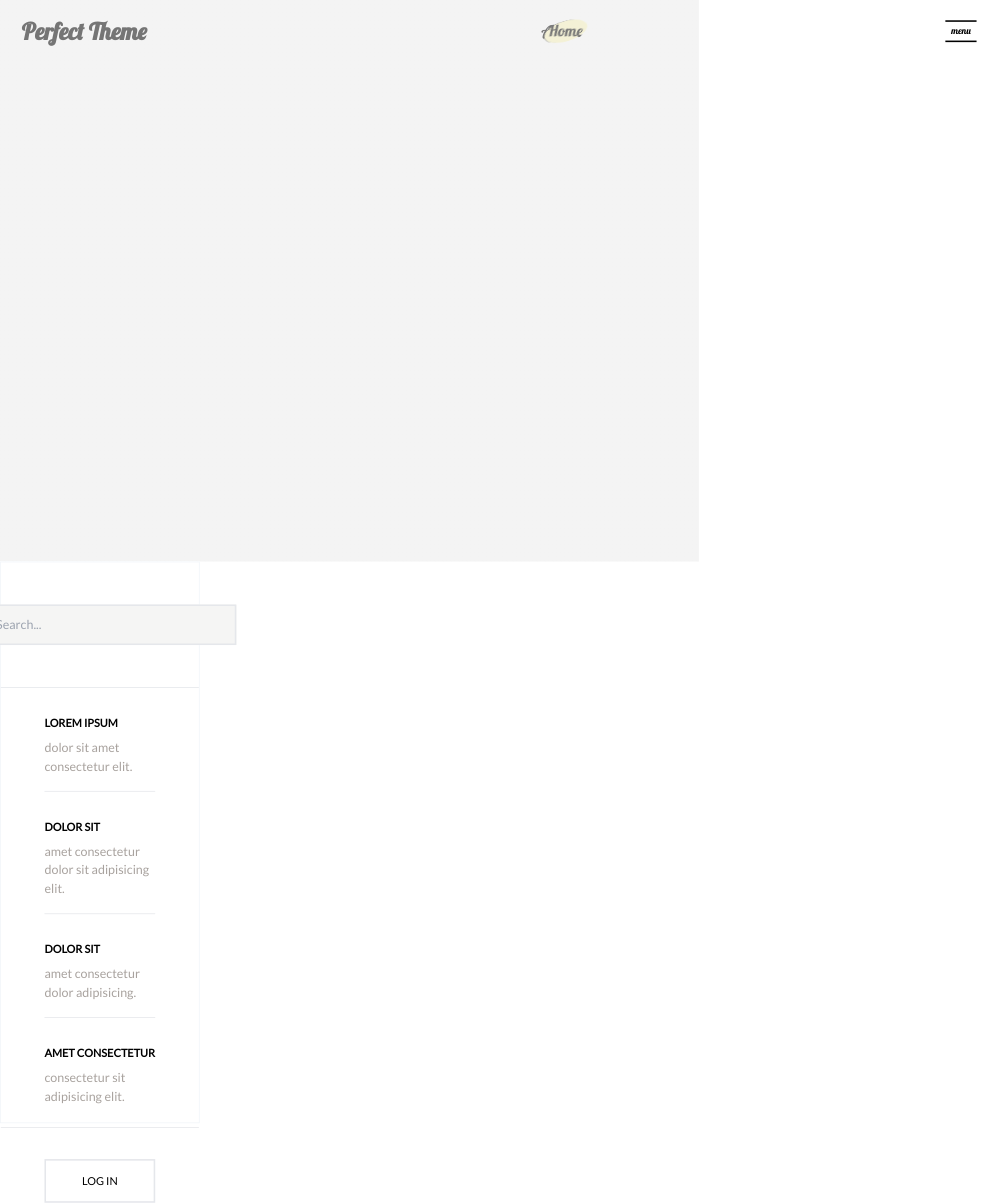
Repository: hsumyatm7308/laravel-blog
Page: blogweb/resources/views/blog/headerlayout.html
The author's editor kept a copy of each file at every save. The page is drawn from the files as they stood at one save, then again after the next save.
The browser window is 1280 px wide. The pictures show the whole page, at 78% of full size.
Some web libraries are served in a nearby version.

Above is the page before, as saved 2023-09-05 17:46:44.

After the next save:
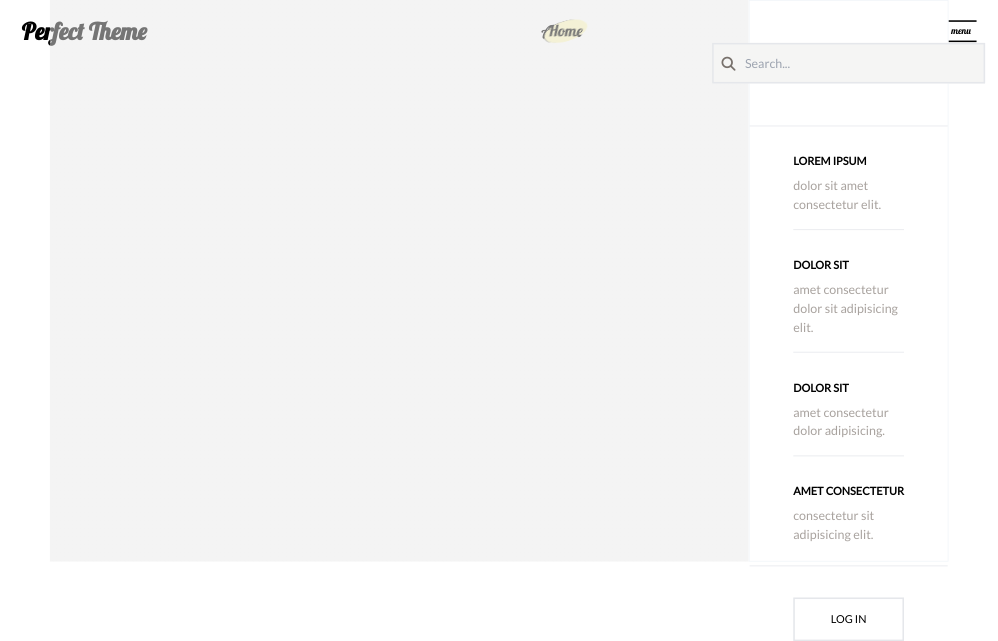
Saved 15 s later.
--- a/blogweb/resources/views/blog/headerlayout.html
+++ b/blogweb/resources/views/blog/headerlayout.html
@@ -128,7 +128,7 @@
 
 
     <div
-        class="menu-modal w-[100%]  h-screen absolute left-0 top-0">
+        class="menu-modal w-[100%]  h-screen absolute left-0 top-0 flex justify-center items-center">
         <div class="w-[70%] h-[100vh] bg-[linear-gradient(rgba(233,233,233,.5),rgba(233,233,233,.5))] p-0">
 
         </div>
